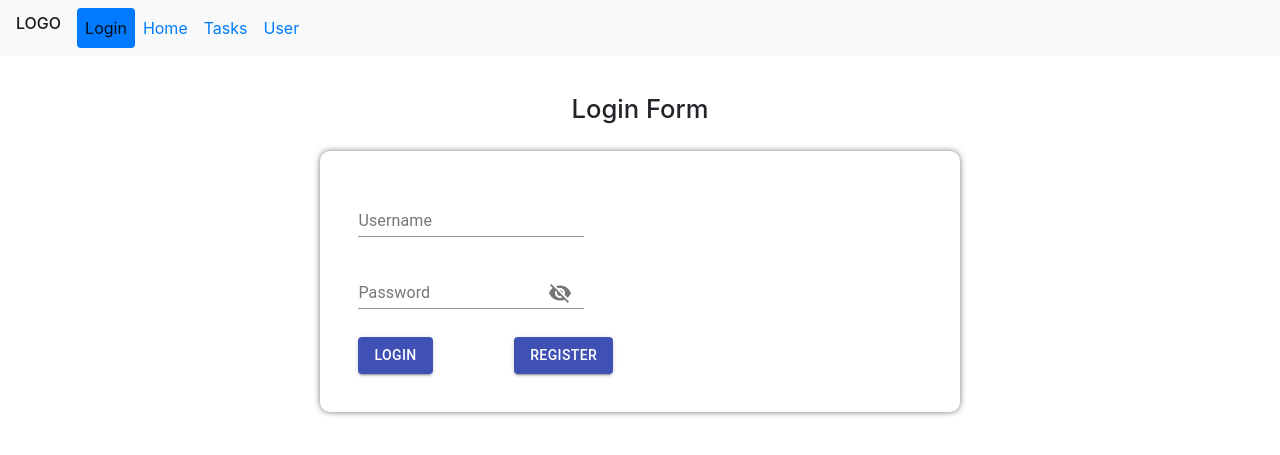
Repository: lalji-yadav/Nimapinfotech-demo-project
Page: /
These files come from the project's save history. The page is drawn as it stood at one moment and after the next save; the edit follows.
The browser window is 1280 px wide. The pictures show the whole page.
The project was rebuilt for these pictures with package versions that can differ from the ones it lists, and the page was loaded fresh each time. Also part of the build but not shown: src/components/Home.js, src/components/Tasks.js, src/components/Users.js.

Above is the page before, as saved 2021-01-18 13:07:24.

After the next save:
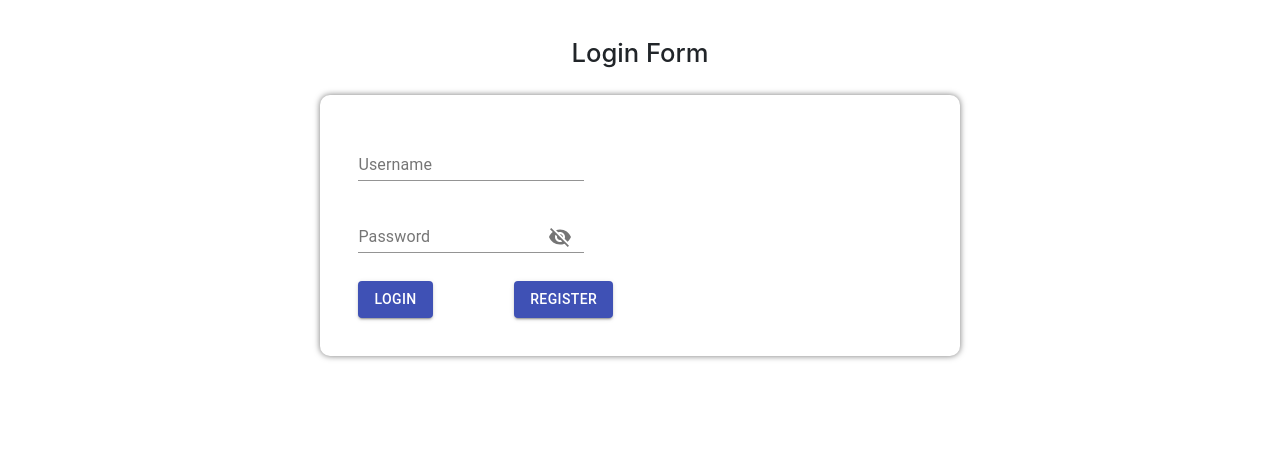
Saved 2 min 37 s later.
--- a/src/App.js
+++ b/src/App.js
@@ -1,11 +1,14 @@
 // import './App.css';
 import Navbar from "./components/Navbars";
+import Login from "./components/Login";
 
 
 function App() {
   return (
     <div>
-    <Navbar />
+
+    <Login />
+    {/* <Navbar /> */}
     </div>
   );
 }
